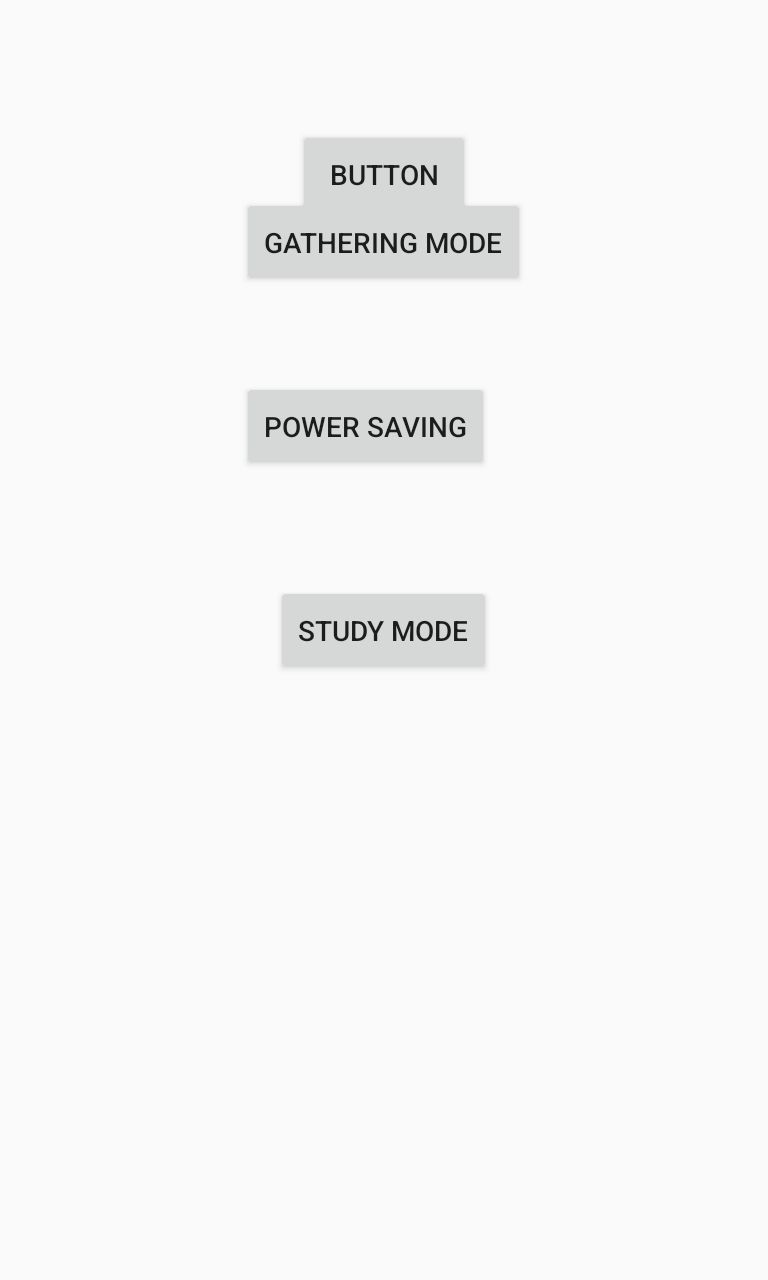
Repository: LogInc/oscar_app
Layout: Android/Oscar/res/layout/activity_modes.xml
An editor plug-in stored every save of this project. The layout is shown before and after the next save, followed by the edit.
It is drawn on a 768 x 1280 px phone screen (xhdpi) without system bars, with theme AppTheme; the app's code is not run.

Above is the layout before, as saved 2015-02-19 14:13:46.

After the next save:
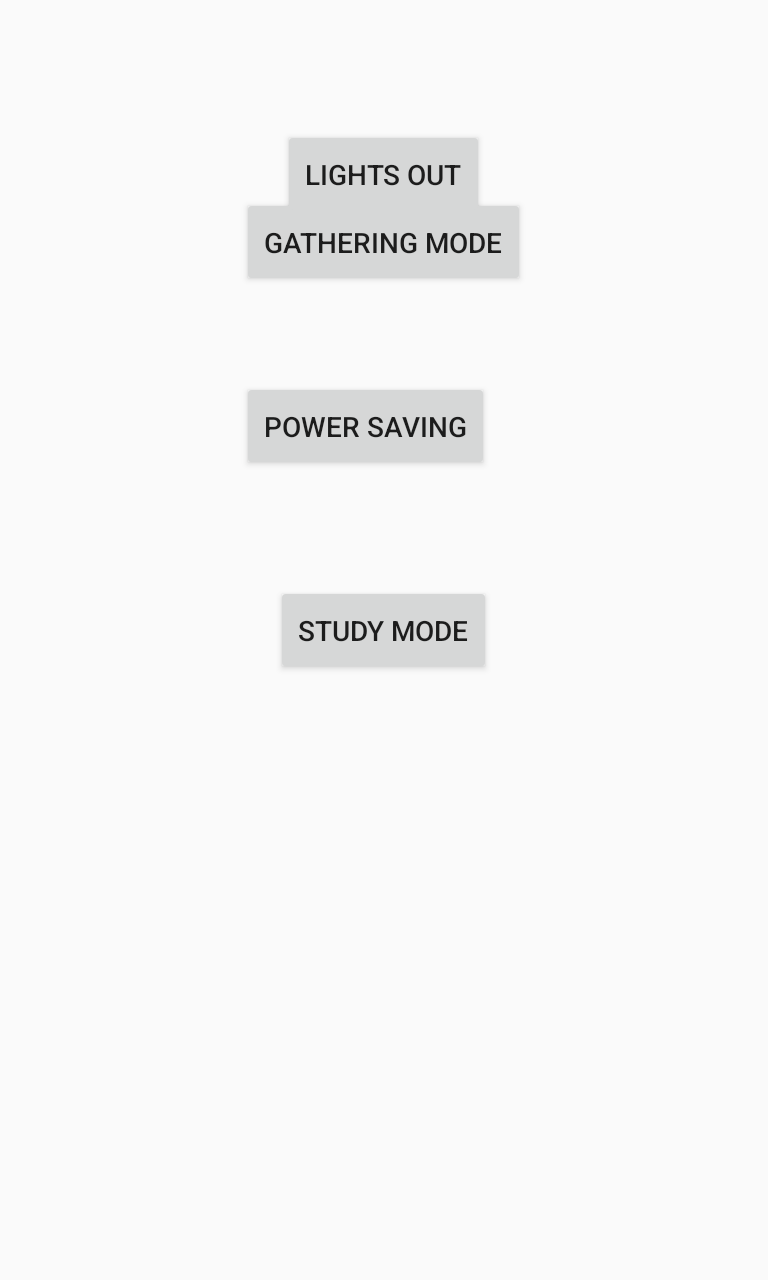
Saved 19 s later.
--- a/Android/Oscar/res/layout/activity_modes.xml
+++ b/Android/Oscar/res/layout/activity_modes.xml
@@ -38,6 +38,6 @@
         android:layout_below="@+id/button3"
         android:layout_centerHorizontal="true"
         android:layout_marginTop="63dp"
-        android:text="Button" />
+        android:text="@string/LightsOut" />
 
 </RelativeLayout>
